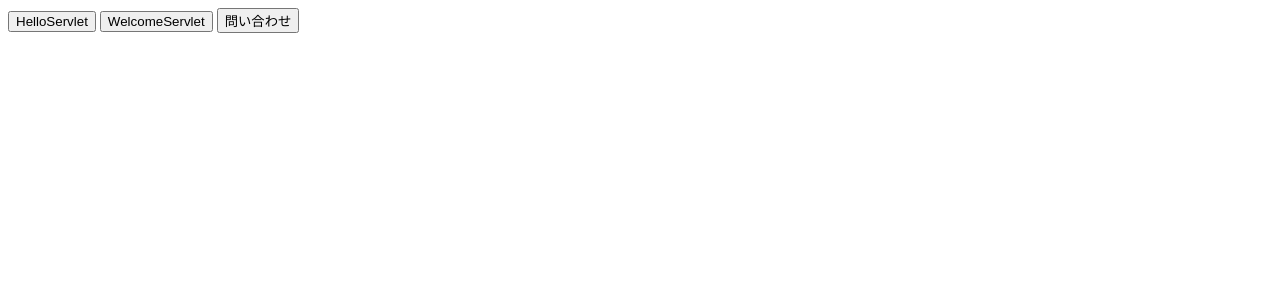
Repository: ryousukefujita-0423/test
Page: http://localhost/HelloServlet/inquiry.jsp
An editor plug-in stored every save of this project. The page is shown before and after the next save, followed by the edit.
The browser window is 1280 px wide. The pictures show the whole page.
The page is served by Tomcat 9.

Above is the page before, as saved 2019-02-20 04:33:43.

After the next save:
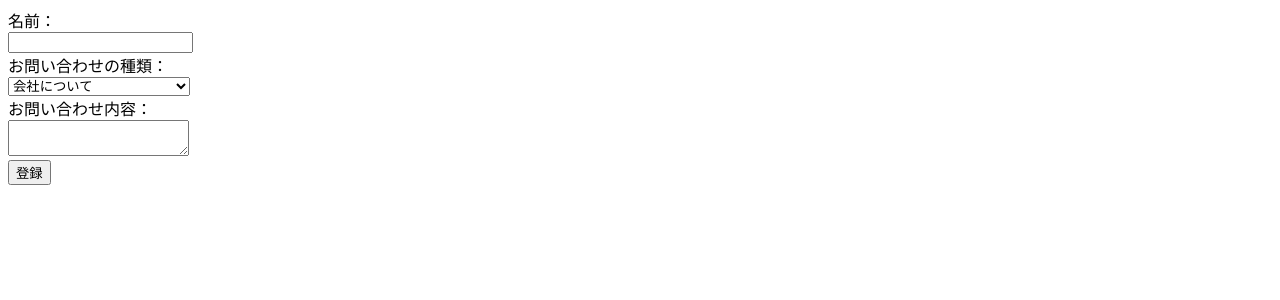
Saved 9 min 29 s later.
--- a/HelloServlet/WebContent/inquiry.jsp
+++ b/HelloServlet/WebContent/inquiry.jsp
@@ -4,14 +4,19 @@
 <html>
 <head>
 <meta charset="UTF-8">
-<title>HelloServlet</title>
+<title>お問い合わせフォーム</title>
 </head>
 <body>
-	<input type="button" value="HelloServlet"
-		onClick="location.href='HelloServlet'">
-	<input type="button" value="WelcomeServlet"
-		onClick="location.href='welcome.jsp'">
-	<input type="button" value="問い合わせ"
-		onClick="location.href='inquiry.jsp'">
+	<form method="post" action="InquiryServlet">
+		名前：<br> <input type="text" name="name"><br>
+		お問い合わせの種類：<br> <select name="qtype">
+			<option value="company">会社について</option>
+			<option value="product">製品について</option>
+			<option value="support">アフターサポートについて</option>
+		</select><br> お問い合わせ内容：<br>
+		<textarea name="body">
+</textarea>
+		<br> <input type="submit" value="登録">
+	</form>
 </body>
 </html>
